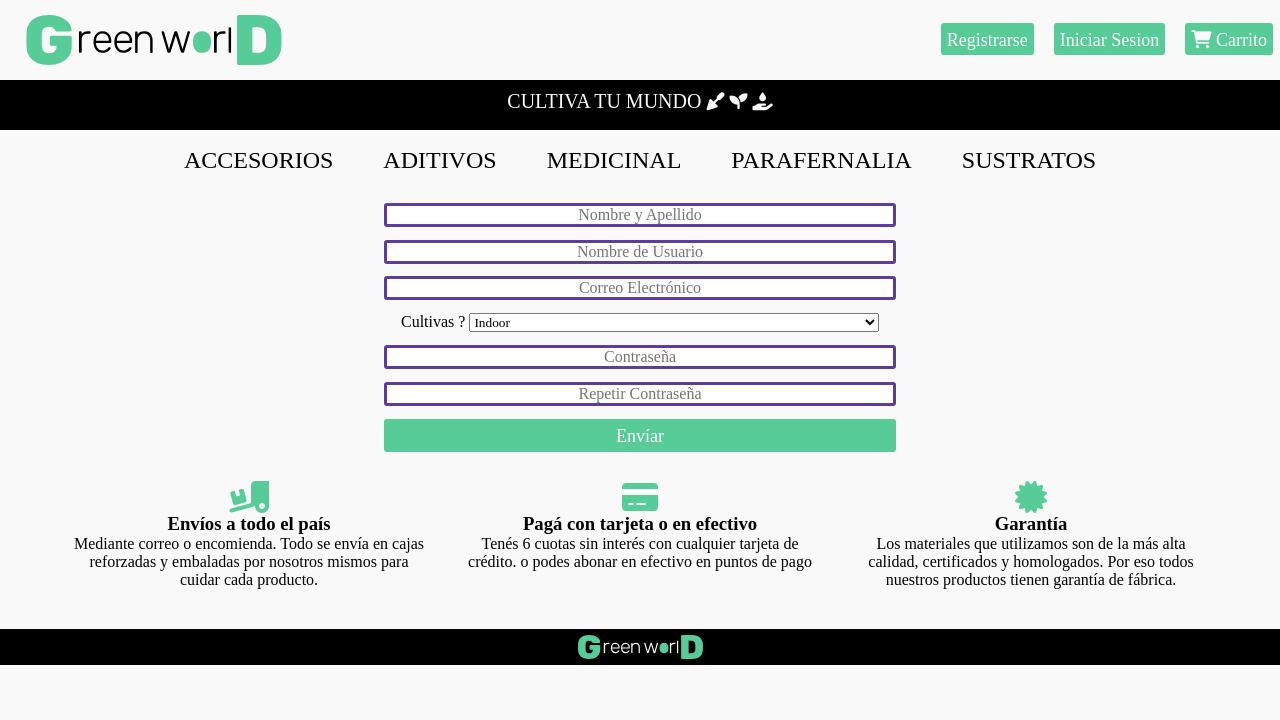
Repository: francoG98/grupo_9_Green_World
Page: source/views/register.html
An editor plug-in stored every save of this project. The page is shown before and after a run of saves, followed by the edit.
The browser window is 1280 px wide. The pictures show the whole page.
Some web fonts or font styles are not loaded; a fallback is used. Some web libraries are served in a nearby version.

Above is the page before, as saved 2022-06-24 20:24:14.

After the next 2 saves:
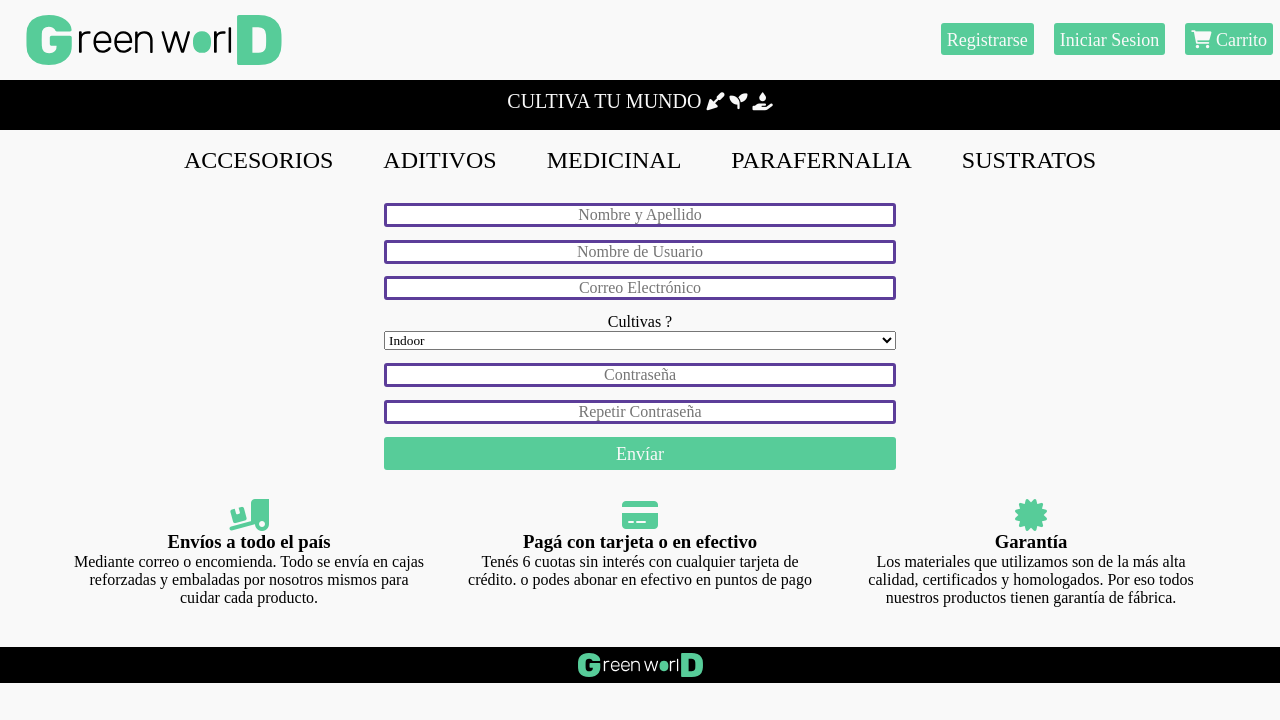
The 2 saves are shown as one change because they came seconds apart.
The last was saved 25 s later.
--- a/public/css/main-register.css
+++ b/public/css/main-register.css
@@ -39,5 +39,5 @@ p.cultivo{
     border-radius: 3px;
 }
 select{
-    width: 80%
+    width: 100%
 }
